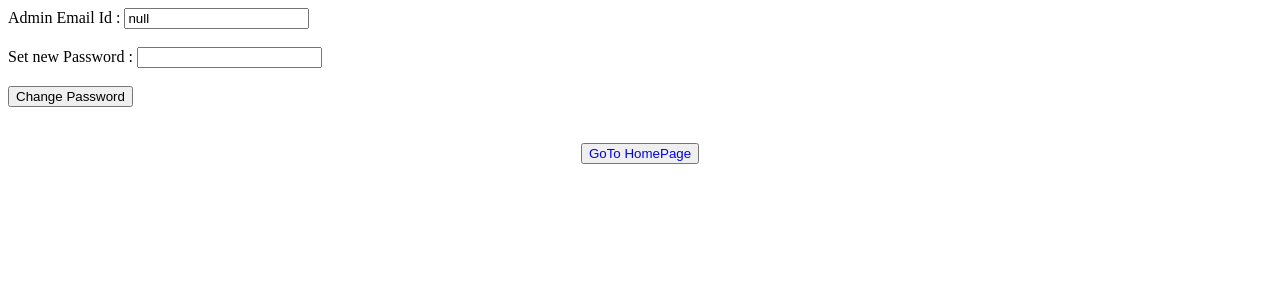
Repository: KartikMuchakandimath/Flyaway
Page: http://localhost/FlayAway/ChangePassword.jsp
These files come from the project's save history. The page is drawn as it stood at one moment and after the next save; the edit follows.
The browser window is 1280 px wide. The pictures show the whole page.
The page is served by Tomcat 9.

Above is the page before, as saved 2022-04-22 21:17:11.

After the next save:
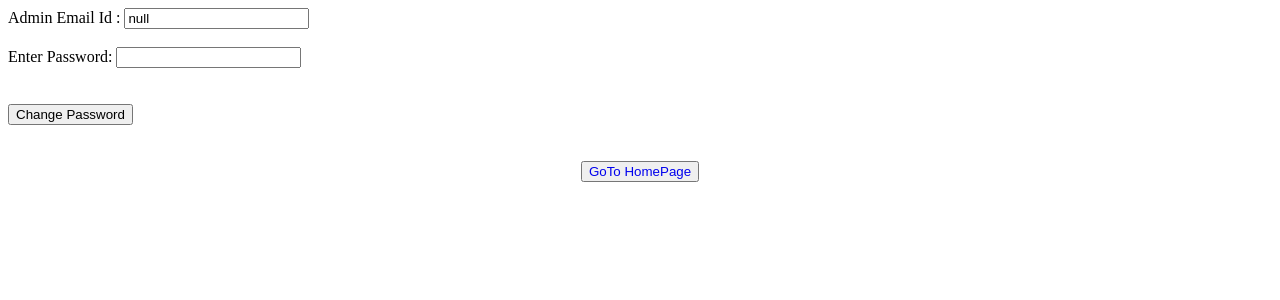
Saved 40 s later.
--- a/FlayAway/src/main/webapp/ChangePassword.jsp
+++ b/FlayAway/src/main/webapp/ChangePassword.jsp
@@ -11,7 +11,7 @@
    Admin Email Id : <input name="email" value="<%= session.getAttribute("email")%>" readonly="readonly">
     <br>
     <br>
-	Set new Password : <input type="password" name="password" required="required">
+	Enter Password: <input type=" password"  name="password" required="required"><br>
 	<br>
 	<br>
 	<button type="submit">Change Password</button>
